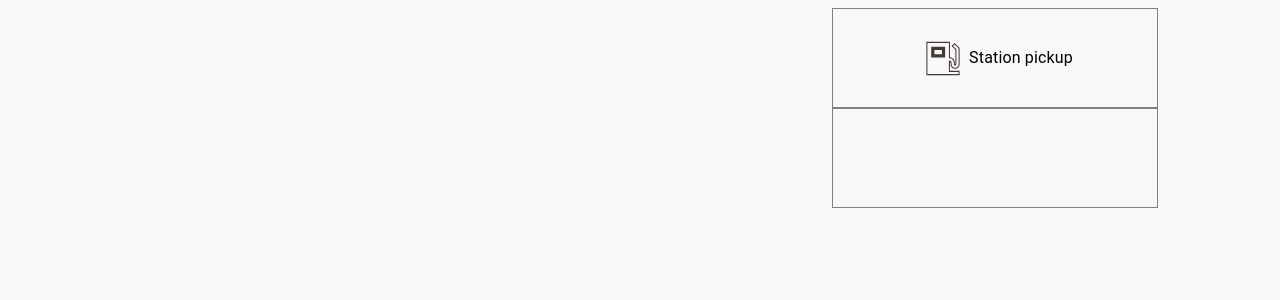
Repository: Armstrong2035/hng-project-two
Page: /cart (app in timbu-store/)
The author's editor kept a copy of each file at every save. The page is drawn from the files as they stood at one save, then again after the next save.
The browser window is 1280 px wide. The pictures show the whole page.
The project was rebuilt for these pictures with package versions that can differ from the ones it lists, and the page was loaded fresh each time. The framework's server and built-in components were replaced by stand-ins that run in the browser. Also part of the build but not shown: timbu-store/next.config.mjs.

Above is the page before, as saved 2024-07-08 23:24:33.

### timbu-store/src/app/layout.js
export default function RootLayout({ children }) {
  return (
    <html lang="en">
      <body style={{ backgroundColor: "#F8F8F8" }}>{children}</body>
    </html>
  );
}

### timbu-store/src/app/cart/page.js
"use client";
import React from "react";
import CartPage from "../../../components/checkout/cart/CartPage";

export default function Page() {
  return (
    <>
      <CartPage />
    </>
  );
}

### timbu-store/components/checkout/cart/CartPage.js
"use client";
import useStore from "@/store/store";
import Image from "next/image";
import doorDelivery from "../../../public/icons/door-delivery.svg";
import stationPickup from "../../../public/icons/station-pickup.svg";
import {
  Typography,
  Box,
  Stack,
  Grid,
  Button,
  Card,
  CardContent,
  Container,
  AppBar,
} from "@mui/material";
import React, { useState } from "react";
import Cart from "./Cart";
export default function CartPage() {
  return (
    <>
      <Container>
        <Grid container>
          <Grid item className={"item"} xl={10} lg={8} md={6} sm={12} xs={12}>
            <Cart />
          </Grid>
          <Grid item xl={4} lg={4} md={6} sm={12} xs={12}>
            <Stack>
              <Box
                sx={{
                  border: "1px solid grey",
                  height: "98px",
                  width: "324px",
                  display: "flex",
                  flexDirectio: "column",
                  alignItems: "center",
                  justifyContent: "center",
                }}
              >
                <Image src={stationPickup} />
                <Typography>Station pickup</Typography>
              </Box>

              <Box
                sx={{
                  border: "1px solid grey",
                  height: "98px",
                  width: "324px",
                }}
              ></Box>
            </Stack>
          </Grid>
        </Grid>
      </Container>
    </>
  );
}

### timbu-store/src/store/store.js
import { create } from "zustand";
import { persist } from "zustand/middleware";

const useStore = create(
  persist(
    (set) => ({
      cart: [],
      addToCart: (item) => set((state) => ({ cart: [...state.cart, item] })),
    }),
    {
      name: "cart-storage",
    }
  )
);

export default useStore;

### timbu-store/components/checkout/cart/Cart.js
"use client";
import React, { useState } from "react";
import useStore from "@/store/store";
import {
  Box,
  Grid,
  Stack,
  Card,
  CardContent,
  Typography,
  Button,
} from "@mui/material";
import Image from "next/image";

export default function Cart() {
  const [orderVolume, setOrderVolume] = useState(1);
  const cart = useStore((state) => state.cart);

  console.log(cart);
  return (
    <>
      <Stack spacing={10}>
        {cart.map((item) => (
          <Box
            key={item.id}
            className={"order summary"}
            style={{
              width: "100%",
              display: "flex",
              alignItems: "center",
              justifyContent: "space-between",
            }}
          >
            <Box sx={{ backgroundColor: "#F8F8F8" }}>
              <Stack direction={"row"} alignItems={"center"} spacing={2}>
                <Box
                  sx={{
                    display: "flex",
                    alignItems: "center",
                    justifyContent: "center",
                    backgroundColor: "#F1F0F0",
                    position: "relative",
                    "&:hover .add-to-cart": {
                      opacity: 1,
                    },

                    "&:hover": {
                      backgroundColor: "#E6DFDF",
                    },
                    width: "260px",
                    height: "290px",
                  }}
                  elevation={"none"}
                >
                  <div
                    style={{
                      width: "300",
                      height: "300",
                      position: "relative",
                      padding: "10px, 10px",
                    }}
                  >
                    <Image
                      src={item.imageUrl}
                      alt={item.productName}
                      layout="responsive"
                      width={500}
                      height={500}
                      objectFit="contain"
                    />
                  </div>
                </Box>
                <Box sx={{ padding: "16px" }}>
                  <Typography>{item.productName}</Typography>
                  <Box
                    sx={{
                      border: "1px solid #B2A6A6",
                      display: "flex",
                      flexDirection: "row",
                      alignItems: "center",
                      margin: "10px 0",
                    }}
                  >
                    <Button
                      sx={{ color: "#473838" }}
                      onClick={() =>
                        setOrderVolume(orderVolume > 1 ? orderVolume - 1 : 1)
                      }
                    >
                      -
                    </Button>
                    <Typography sx={{ padding: "0 10px" }}>
                      {orderVolume}
                    </Typography>
                    <Button
                      sx={{ color: "#473838" }}
                      onClick={() => setOrderVolume(orderVolume + 1)}
                    >
                      +
                    </Button>
                  </Box>

                  <Button sx={{ color: "#ED8174" }}>Remove</Button>
                </Box>
              </Stack>
            </Box>

            <Typography sx={{ margin: "auto 80px" }}>
              {item.discountPrice}
            </Typography>
          </Box>
        ))}
      </Stack>
    </>
  );
}

After the next save:
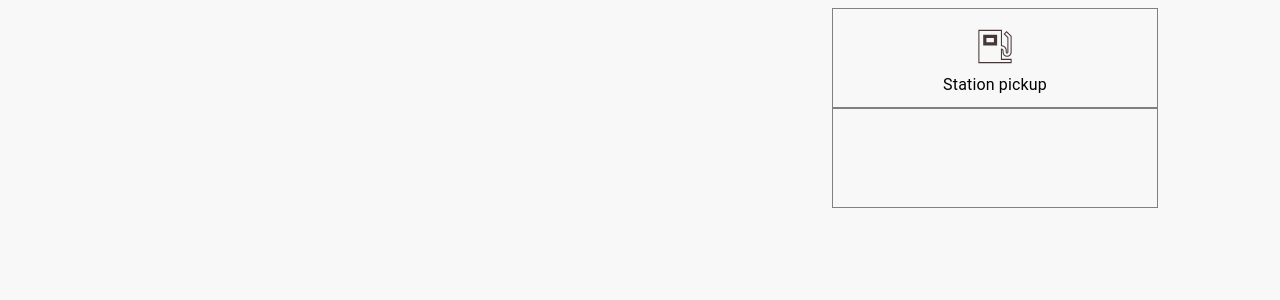
Saved 8 s later.
--- a/timbu-store/components/checkout/cart/CartPage.js
+++ b/timbu-store/components/checkout/cart/CartPage.js
@@ -32,7 +32,7 @@ export default function CartPage() {
                   height: "98px",
                   width: "324px",
                   display: "flex",
-                  flexDirectio: "column",
+                  flexDirection: "column",
                   alignItems: "center",
                   justifyContent: "center",
                 }}
